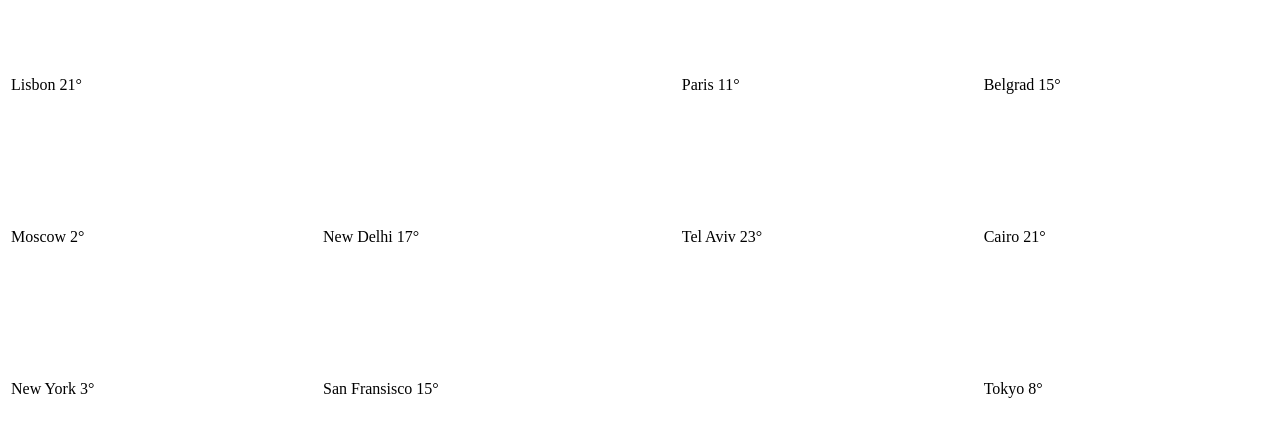
Repository: aysedo/html
Page: Week_2/index.html
These files come from the project's save history. The page is drawn as it stood at one moment and after the next save; the edit follows.
The browser window is 1280 px wide. The pictures show the whole page.

Above is the page before, as saved 2021-08-24 14:34:51.

### Week_2/index.html
<!DOCTYPE html>
<html lang="en">
  <head>
    <meta charset="UTF-8" />
    <meta http-equiv="X-UA-Compatible" content="IE=edge" />
    <meta name="viewport" content="width=device-width, initial-scale=1.0" />
    <title>Document</title>
  </head>
  <body>
    <table width="100%">
      <tr height="150">
        <td colspan="2"> Lisbon 21° </td>
        <td> Paris 11° </td>
        <td>Belgrad 15°</td>
      </tr>
      <tr height="150">
        <td> Moscow 2° </td>
        <td> New Delhi 17° </td>
        <td> Tel Aviv 23°</td>
        <td> Cairo 21° </td>
      </tr>
      <tr height="150">
        <td> New York 3°</td>
        <td colspan="2"> San Fransisco 15° </td>
        <td> Tokyo 8° </td>
      </tr>
    </table>
  </body>
</html>

After the next save:
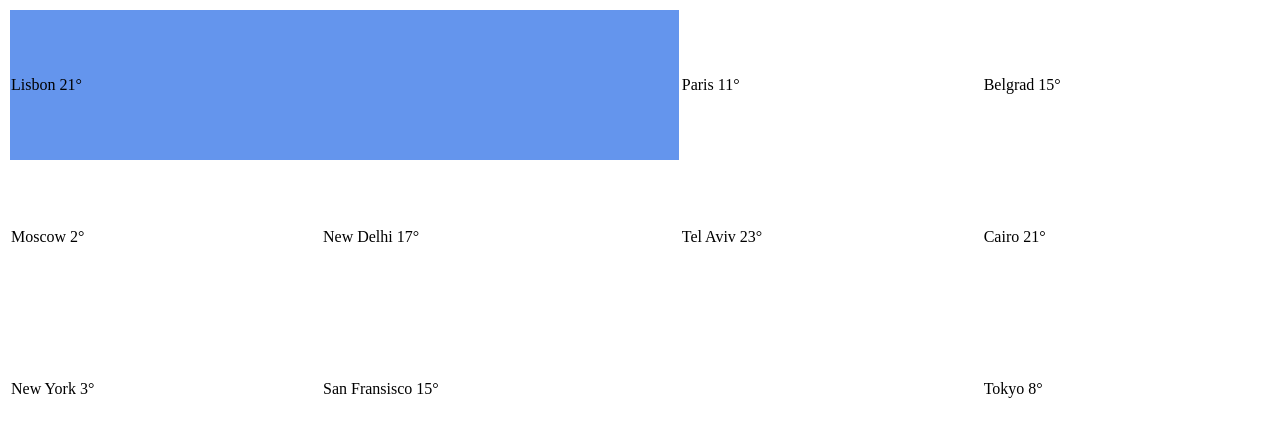
Saved 46 s later.
--- a/Week_2/index.html
+++ b/Week_2/index.html
@@ -9,7 +9,7 @@
   <body>
     <table width="100%">
       <tr height="150">
-        <td colspan="2"> Lisbon 21° </td>
+        <td colspan="2" bgcolor="cornflowerblue"> Lisbon 21° </td>
         <td> Paris 11° </td>
         <td>Belgrad 15°</td>
       </tr>
